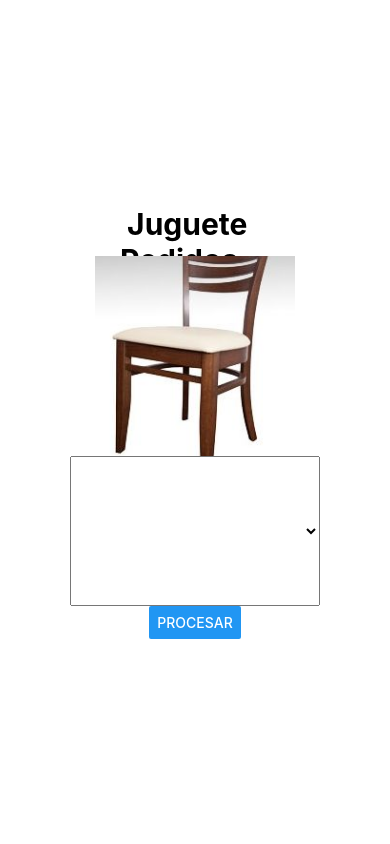
Repository: oscaredu1998/compras
Screen: / (app in frontend/)
An editor plug-in stored every save of this project. The screen is shown before and after the next save, followed by the edit.
The app was drawn by React Native's web renderer in a window 390 px wide. The project was rebuilt for these pictures with package versions that can differ from the ones it lists, and the page was loaded fresh each time.

Above is the screen before, as saved 2020-02-21 18:13:05.

After the next save:
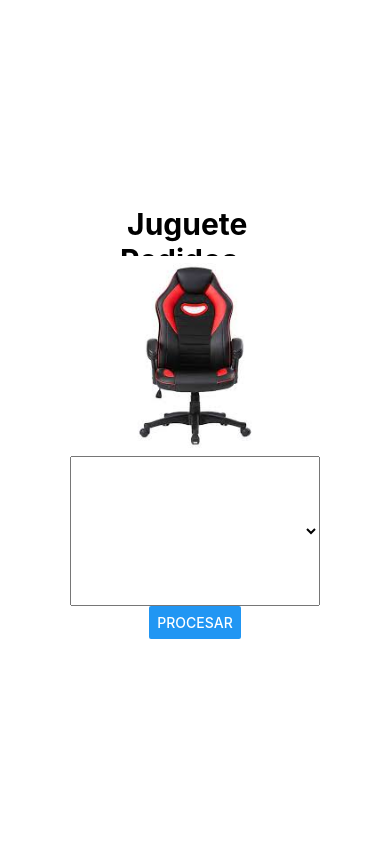
Saved 2 min 26 s later.
--- a/frontend/App.js
+++ b/frontend/App.js
@@ -31,7 +31,7 @@ export default class App extends Component {
         <Text style={{width: 150, height: 50, fontSize: 30, fontWeight: 'bold'}}> Juguete Pedidos</Text>
         <Image
             style={{width: 200, height: 200}}
-            source={require('./assets/silla.jpg')}
+            source={require('./assets/images.jpg')}
           />
         <Picker style={{ height: 150, width: 250 }} onValueChange={this.handleSelect}>
           <Picker.Item label="" value="" />
